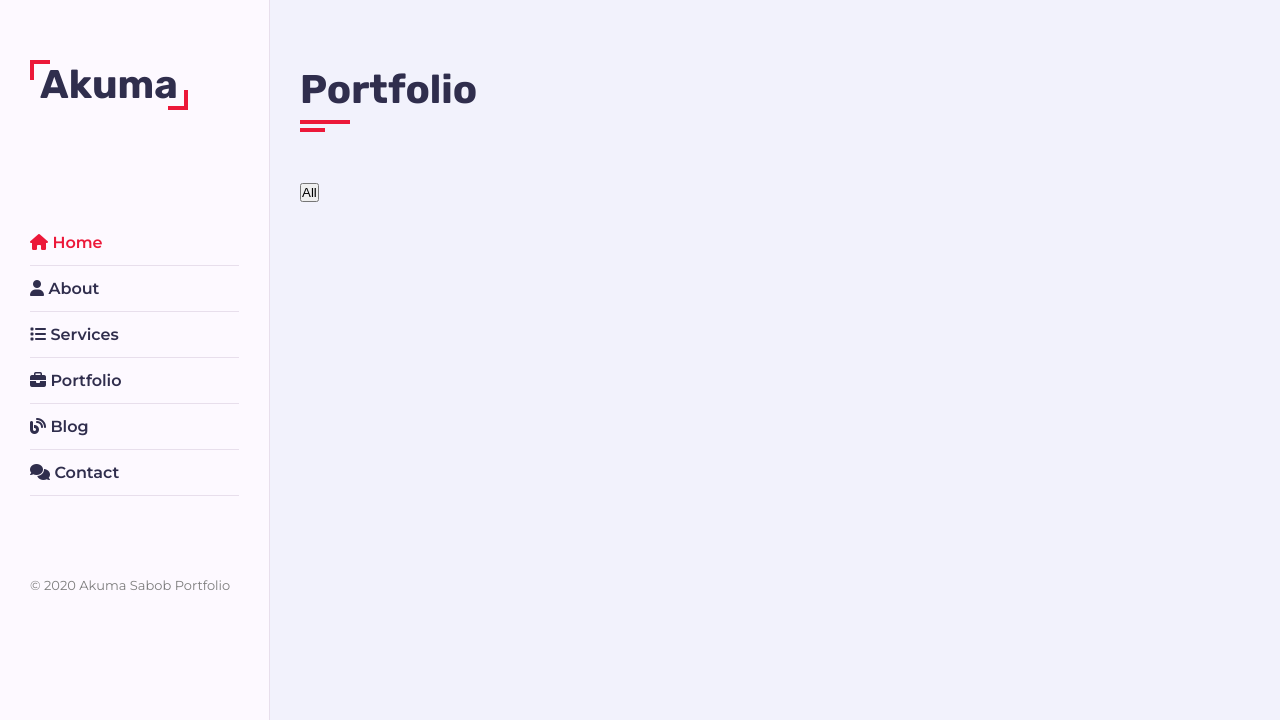
Repository: Akuma001/MY-Portfolio
Page: index.html
An editor plug-in stored every save of this project. The page is shown before and after the next save, followed by the edit.
The browser window is 1280 px wide. The pictures show the whole page.
Some web libraries are served in a nearby version.

Above is the page before, as saved 2020-12-15 22:36:16.

### index.html
<!DOCTYPE html>
<html lang="en">
<head>
  <title>Akuma Sabob</title>
  <meta charset="utf-8">
  <meta name="viewport" content="width=device-width, initial-scale=1">
   <!-- Template css Files -->
	<link rel="stylesheet" href="./css/style.css" type="text/css">
  <link rel="stylesheet" href="./css/skins/pink.css" type="text/css">
  <!-------Favcon icon-------->
  <link href="./images/favicon.ico" rel="icon" type="image/x-icon" />
  <!------------Font-Awesome---------------->
  <script src="https://kit.fontawesome.com/bd6f97032f.js" crossorigin="anonymous"></script>
</head>
<body>
<!-----------Main------------->
<div class="main-container">
<!-----------Side------------->
  <div class="aside">
    <div class="logo">
      <a href="#">Akuma</a>
    </div>

     <!----------Nav toggler---------->
     <div class="nav-toggler">
       <span></span>
     </div>
     <!----------Nav toggler---------->

    <!----------Nav Bar---------->
    <ul class="nav">
      <li><a href="#" class="active"><i class="fa fa-home"></i> Home</a></li>
      <li><a href="#"><i class="fa fa-user"></i> About</a></li>
      <li><a href="#"><i class="fa fa-list"></i> Services</a></li>
      <li><a href="#"><i class="fa fa-briefcase"></i> Portfolio</a></li>
      <li><a href="#"><i class="fas fa-blog"></i> Blog</a></li>
      <li><a href="#"><i class="fa fa-comments"></i> Contact</a></li>
    </ul>
    <div class="copyright-text">
      &copy; 2020 Akuma Sabob Portfolio
    </div>

  </div>
<!-----------Side End------------->

<!-----------Main content------------->
  <div class="main-content">

    <section class="home section hidden">
      <div class="container">
        <div class="intro">
          <img src="./images/profile.jpg" alt="Profile" class="shadow-dark">
          <h1>Akuma Sabob</h1>
          <p>I'm a web-developer <br> I'm graphics designer</p>
          <div class="social-link">
            <a href="#"><i class="fa fa-twitter"></i></a>
            <a href="#"><i class="fa fa-instagram"></i></a>
            <a href="#"><i class="fa fa-linkedin"></i></a>
            <a href="#"><i class="fas fa-code-branch"></i></a>
          </div>
        </div>
      </div>
    </section>

    <!-----------About------------->

      <section class="about section hidden">
        <div class="container">
          <div class="row">
            <div class="section-title padd-15">
              <h2>About Me</h2>
            </div>
          </div>
          <div class="row">
            <div class="about-content padd-15">
              <div class="row">
                <div class="about-text padd-15">
                  <h3>I'm Akuma Sabob <span> CEO Vador </span></h3>
                  <p>A graduate of Microbiology from Abia State University with a huge
                    passion for web development and graphics design. I consistently aim
                    to enhance efficiency and productivity using self-acquired soft and
                    hard skills to contribute to any organization's objectives as well as its
                    short term and long term goals and learn from the integrated work
                    environment processes</p>
                </div>
              </div>
              <div class="row">
                <div class="personal-info padd-15">
                  <div class="row">
                    <div class="info-item padd-15">
                      <p>Nationality: <span>Nigeria</span></p>
                    </div>
                    <div class="info-item padd-15">
                      <p>Website: <span>www.vador.com</span></p>
                    </div>
                    <div class="info-item padd-15">
                      <p>Email: <span>ndukwegodswill@gmail.com</span></p>
                    </div>
                    <div class="info-item padd-15">
                      <p>Degree: <span>BSc Microbiology</span></p>
                    </div>
                    <div class="info-item padd-15">
                      <p>Phone: <span>+234-8038700307</span></p>
                    </div>
                    <div class="info-item padd-15">
                      <p>City: <span>Lagos</span></p>
                    </div>
                    <div class="info-item padd-15">
                      <p>Freelance: <span>Available</span></p>
                    </div>
                  </div>
                  <div class="row">
                    <div class="buttons padd-15">
                      <a href="#" class="btn">Download CV</a>
                      <a href="#" class="btn">Hire Me</a>
                    </div>
                  </div>
                </div>
                <div class="skills padd-15">
                  <div class="row">
                    <div class="skill-item padd-15">
                      <h5>Javascript</h5>
                      <div class="progress">
                        <div class="progress-in" style="width: 76%;"></div>
                        <div class="skill-percent">76%</div>
                      </div>
                    </div>
                    <div class="skill-item padd-15">
                      <h5>Bootstrap</h5>
                      <div class="progress">
                        <div class="progress-in" style="width: 80%;"></div>
                        <div class="skill-percent">80%</div>
                      </div>
                    </div>
                    <div class="skill-item padd-15">
                      <h5>Wordpress</h5>
                      <div class="progress">
                        <div class="progress-in" style="width: 78%;"></div>
                        <div class="skill-percent">78%</div>
                      </div>
                    </div>
                    <div class="skill-item padd-15">
                      <h5>Javascript</h5>
                      <div class="progress">
                        <div class="progress-in" style="width: 76%;"></div>
                        <div class="skill-percent">76%</div>
                      </div>
                    </div>
                  </div>
                </div>
              </div>

              <div class="row">
                <div class="education padd-15">
                  <h3 class="title">Education</h3>
                  <div class="row">
                    <div class="timeline-box padd-15">
                    <div class="timeline shadow-dark">
                      <!-----------Timeline item------------->
                      <div class="timeline-item">
                        <div class="circle-dot"></div>
                          <h6 class="timeline-date">
                            <i class="far fa-calendar-alt"></i>2014 - 2018
                          </h6>
                          <h4 class="timeline-title">Bachelor of Science(BSc) Microbiology</h4>
                          <p class="timeline-text">
                            Carried out and Presented (Using Microsoft PowerPoint) an undergraduate research on
                            the microbial contamination on Mobile Phones <br>Participated and organized class tutorials
                            amongst peers in core and elective courses such as Biotechnology, Parasitology amongst others
                          </p>
                        </div>
                         <!-----------Timeline item End------------->
                         <!-----------Timeline item------------->
                      <div class="timeline-item">
                        <div class="circle-dot"></div>
                          <h6 class="timeline-date">
                            <i class="far fa-calendar-alt"></i>2009 - 2012
                          </h6>
                          <h4 class="timeline-title">Senior Secondary School Certificate (SSCE), Lagos City College, Lagos</h4>
                          <p class="timeline-text">
                            Participated in school academic and extra-curricular activities as a member of the school’s
                            sport team and well as a participant in inter House sports activities
                          </p>
                        </div>
                         <!-----------Timeline item End------------->
                      </div>
                    </div>
                  </div>
                </div>
                <div class="experience padd-15">
                    <h3 class="title">Experience</h3>
                    <div class="row">
                      <div class="timeline-box padd-15">
                      <div class="timeline shadow-dark">
                        <!-----------Timeline item------------->
                        <div class="timeline-item">
                          <div class="circle-dot"></div>
                            <h6 class="timeline-date">
                              <i class="far fa-calendar-alt"></i>2018 - Present
                            </h6>
                            <h4 class="timeline-title">Freelance graphics Designs/Frontend Web Developer</h4>
                            <p class="timeline-text">
                              Develop brand websites as well as design appropriate layouts for customer
                              attraction and usability. <br>
                              <br> websites for bugs and necessary routine maintenance ensuring
                              smooth usage for all customers . <br><br>
                              Create Logos, E-flyers, Banners and Magazines for clients<br><br>
                              Collaborate with the brands in coming up with appropriate and user friendly
                              layouts for easy navigation of the website by customers.
                            </p>
                          </div>
                           <!-----------Timeline item End------------->
                           <!-----------Timeline item------------->
                        <div class="timeline-item">
                          <div class="circle-dot"></div>
                            <h6 class="timeline-date">
                              <i class="far fa-calendar-alt"></i>2019 - 2020
                            </h6>
                            <h4 class="timeline-title">Nigeria Christian Corpers' Fellowship (NCCF)
                              Publicity Secretary</h4>
                            <p class="timeline-text">
                              Developed the state website for increased publicity and easy information
                              dissemination amongst all the state chapters in Nigeria <br><br>
                              Led the publicity team on the dissemination of information during all public
                              excursion exercises and Events.<br><br>
                              Designed the Yearly State magazine.
                            </p>
                          </div>
                           <!-----------Timeline item End------------->
                           <!-----------Timeline item------------->
                        <div class="timeline-item">
                          <div class="circle-dot"></div>
                            <h6 class="timeline-date">
                              <i class="far fa-calendar-alt"></i>2018 - 2019
                            </h6>
                            <h4 class="timeline-title">Production Manager</h4>
                            <p class="timeline-text">
                              Carried out theoretical analysis on water before necessary production is carried
                              out to ensure product quality and uniformity <br><br>
                              Collaborated with the administrative unit of the organization to ensure smooth
                              running of all unit logistics <br><br>
                              Supervised the daily production of products exceeding daily expectations and ensuring
                              proper packaging of all produced goods
                            </p>
                          </div>
                           <!-----------Timeline item End------------->
                        </div>
                      </div>
                    </div>
                </div>
              </div>

            </div>
          </div>
        </div>
      </section>
    <!-----------About End------------->


    <!-------------Service Section------------->
      <section class="service section hidden">
        <div class="container">
          <div class="row">
            <div class="section-title padd-15">
              <h2>Services</h2>
            </div>
          </div>
          <div class="row">
            <!---------------Service-item----------------->
            <div class="service-item padd-15">
              <div class="service-item-inner">
                <div class="icon"><i class="fas fa-laptop"></i></div>
                <h4>Web Design</h4>
                <p>Lorem ipsum dolor sit amet consectetur adipisicing elit. Rem vitae corporis voluptatem.</p>
              </div>
            </div>
            <!---------------Service-item----------------->
             <!---------------Service-item----------------->
             <div class="service-item padd-15">
              <div class="service-item-inner">
                <div class="icon"><i class="fas fa-paint-brush"></i></div>
                <h4>Logo Design</h4>
                <p>Lorem ipsum dolor sit amet consectetur adipisicing elit. Rem vitae corporis voluptatem.</p>
              </div>
            </div>
            <!---------------Service-item----------------->
             <!---------------Service-item----------------->
             <div class="service-item padd-15">
              <div class="service-item-inner">
                <div class="icon"><i class="fas fa-code"></i></div>
                <h4>Web Development</h4>
                <p>Lorem ipsum dolor sit amet consectetur adipisicing elit. Rem vitae corporis voluptatem.</p>
              </div>
            </div>
            <!---------------Service-item----------------->
             <!---------------Service-item----------------->
             <div class="service-item padd-15">
              <div class="service-item-inner">
                <div class="icon"><i class="fas fa-palette"></i></div>
                <h4>Graphics Design</h4>
                <p>Lorem ipsum dolor sit amet consectetur adipisicing elit. Rem vitae corporis voluptatem.</p>
              </div>
            </div>
            <!---------------Service-item----------------->
             <!---------------Service-item----------------->
             <div class="service-item padd-15">
              <div class="service-item-inner">
                <div class="icon"><i class="fas fa-file-powerpoint"></i></div>
                <h4>PowerPoint Presentation</h4>
                <p>Lorem ipsum dolor sit amet consectetur adipisicing elit. Rem vitae corporis voluptatem.</p>
              </div>
            </div>
            <!---------------Service-item----------------->
             <!---------------Service-item----------------->
             <div class="service-item padd-15">
              <div class="service-item-inner">
                <div class="icon"><i class="fas fa-globe"></i></div>
                <h4>SEO Optimization</h4>
                <p>Lorem ipsum dolor sit amet consectetur adipisicing elit. Rem vitae corporis voluptatem.</p>
              </div>
            </div>
            <!---------------Service-item----------------->
          </div>
        </div>
      </section>
    <!-------------Service Section End------------->


    <!-------------Portfolio--------------->
    <section class="service section">
      <div class="container">
        <div class="row">
          <div class="section-title padd-15">
            <h2>Portfolio</h2>
          </div>
        </div>
        <div class="row">
          <div class="portfolio-filter padd-15">
            <button type="" data-filter="all">All</button>
          </div>
        </div>
      </div>
    </section>

    <!-------------Portfolio End------------->
  </div>
<!-----------Main content End------------->
</div>
<!-----------Main------------->
</body>
</html>

### css/skins/pink.css
.aside .logo a::before{
    border-top: 4px solid #ec1839;
    border-left: 4px solid #ec1839;
}

.aside .logo a::after{
    border-right: 4px solid #ec1839;
    border-bottom: 4px solid #ec1839;
}

.service .service-item .service-item-inner .icon .fas,
.about .about-content .about-text h3 span,
.aside .nav li a:hover,
.aside .nav li a.active{
    color: #ec1839;
}

.service .service-item .service-item-inner:hover .icon,
.about .about-content .timeline .circle-dot,
.about .about-content .timeline .timeline-item::before,
.about .about-content .skills .skill-item .progress .progress-in,
.btn,
.section-title h2::after,
.section-title h2::before,
.aside .nav-toggler span,
.aside .nav-toggler span::before,
.aside .nav-toggler span::after,
.home .intro .social-link a{
    background-color: #ec1839;
}

Loaded but not shown: css/style.css (544 lines, source omitted)

After the next save:
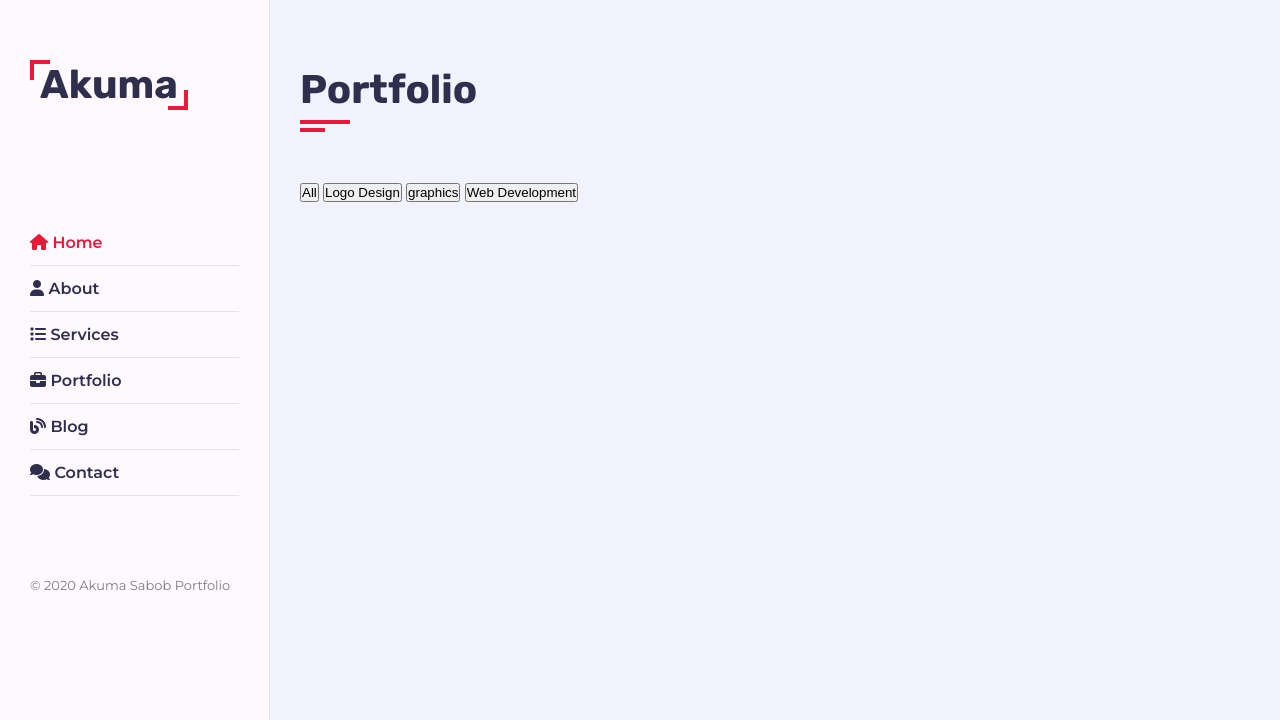
Saved 4 min 12 s later.
--- a/index.html
+++ b/index.html
@@ -337,6 +337,9 @@
         <div class="row">
           <div class="portfolio-filter padd-15">
             <button type="" data-filter="all">All</button>
+            <button type="" data-filter="logo-design">Logo Design</button>
+            <button type="" data-filter="graphics">graphics</button>
+            <button type="" data-filter="web-development">Web Development</button>
           </div>
         </div>
       </div>
